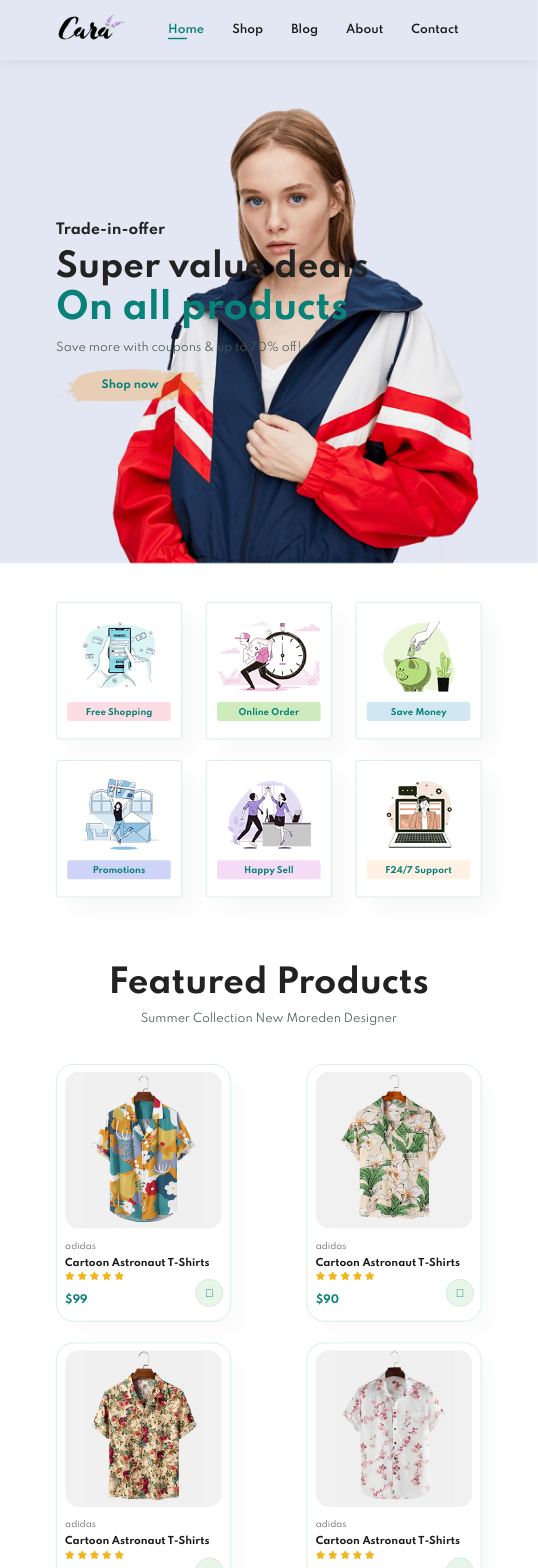
Repository: MinhNhatIT2901/Ecommerce
Page: index.html
The author's editor kept a copy of each file at every save. The page is drawn from the files as they stood at one save, then again after the next save.
The browser window is 768 px wide. The pictures show the part of the page from y = 0 to 2240 px (the page is 7666 px tall), at 70% of full size.
Some web libraries are served in a nearby version.

Above is the page before, as saved 2022-01-08 17:11:06.

After the next save:
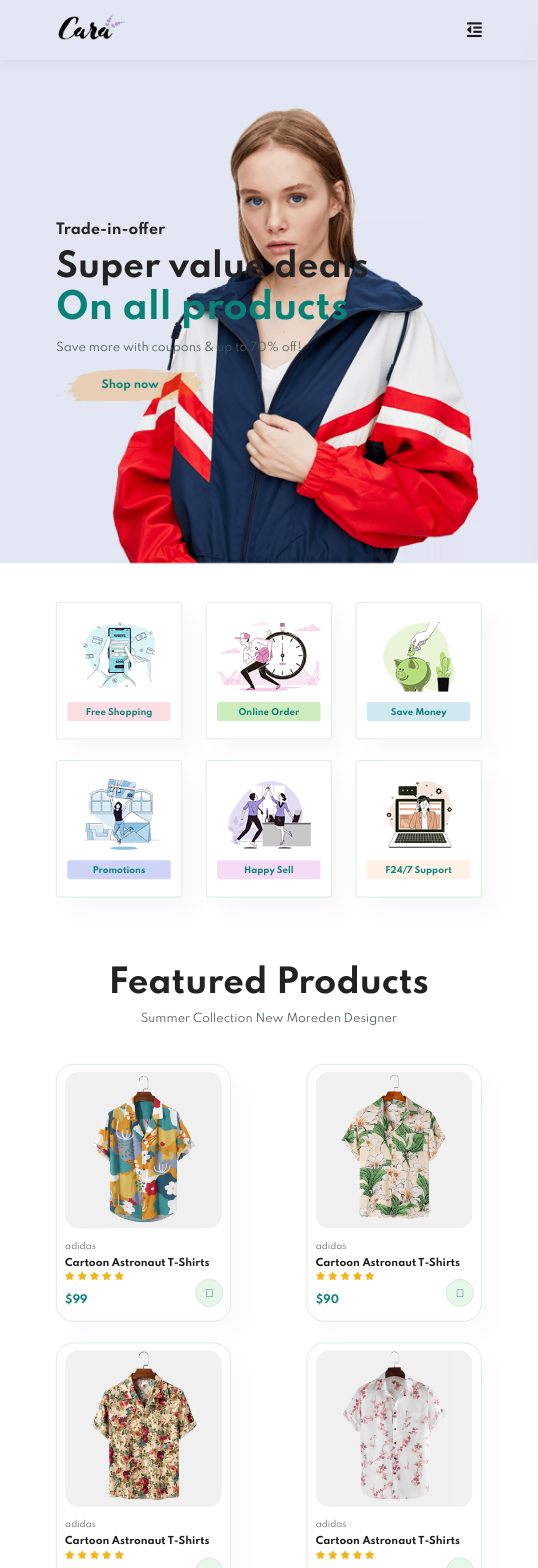
Saved 15 s later.
--- a/style.css
+++ b/style.css
@@ -526,7 +526,7 @@ footer a:hover {
 
 /* Reponsive Start Media */
 
-/* @media (max-width: 799px) {
+@media (max-width: 799px) {
   #navbar {
     display: flex;
     flex-direction: column;
@@ -569,4 +569,4 @@ footer a:hover {
     color: #222;
     font-size: 24px;
   }
-} */
+}
